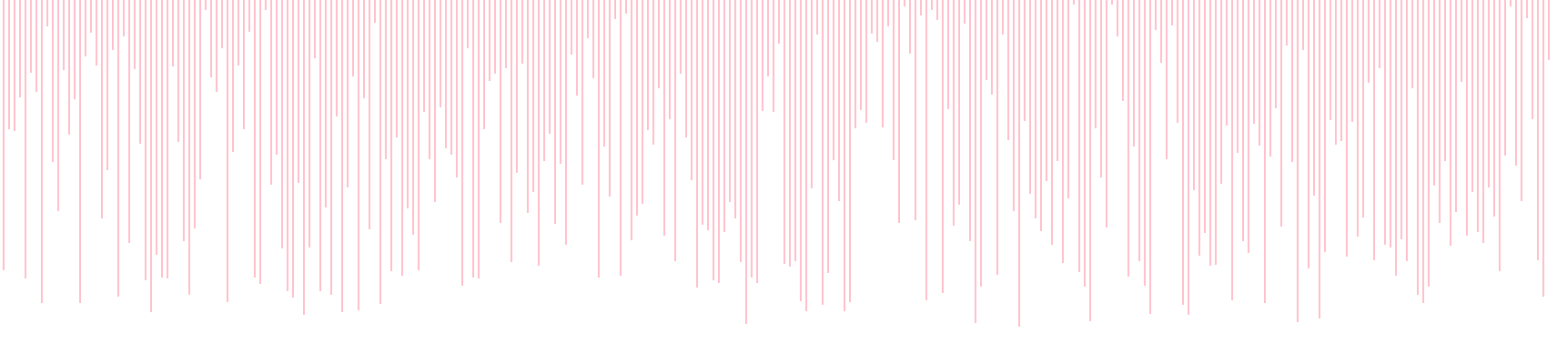
Repository: rehans-Life/sorting-visualizer
Page: /
An editor plug-in stored every save of this project. The page is shown before and after the next save, followed by the edit.
The browser window is 1280 px wide. The page is 1705 px wide, then 1350 px, so the pictures cover 1705 px, including what lies to the right of the window. The pictures show the whole page, at 91% of full size.
The project was rebuilt for these pictures with package versions that can differ from the ones it lists, and the page was loaded fresh each time. The framework's server and built-in components were replaced by stand-ins that run in the browser. Also part of the build but not shown: next.config.js.

Above is the page before, as saved 2023-03-17 17:18:09.

### pages/index.js
import Head from "next/head";
import { useState } from "react";
import Element from "../components/Element";
import styles from "../styles/Home.module.css";

export default function Home() {
  const randomNumber = (min, max) => {
    return Math.floor(Math.random() * (max - min) + min);
  };

  const generateRandomArray = () => {
    let arr = [];

    for (let i = 5; i < 360; i++) {
      arr.push(randomNumber(5, 360));
    }

    return arr;
  };

  const [array, setArray] = useState(generateRandomArray());

  return (
    <div className={styles.container}>
      <Head>
        <title>Create Next App</title>
        <meta name="description" content="Generated by create next app" />
        <link rel="icon" href="/favicon.ico" />
      </Head>
      <div className={styles.array}>
        {array.map((number, index) => (
          <Element key={index} number={number} />
        ))}
      </div>
    </div>
  );
}

### styles/globals.css
@import url("https://fonts.googleapis.com/css2?family=Lato:wght@100;300;400;700;900&family=Poppins:ital,wght@0,100;0,200;0,300;0,400;0,500;0,600;0,700;1,200&display=swap");

html,
body {
  padding: 0;
  margin: 0;
  font-family: Poppins;
}

a {
  color: inherit;
  text-decoration: none;
}

* {
  box-sizing: border-box;
}

### components/Element.jsx
import React from "react";
import styles from "../styles/Element.module.css";

export default function Element({ number }) {
  return (
    <div className={styles.element} style={{ height: `${number}px` }}></div>
  );
}

### styles/Home.module.css
.container {
  display: flex;
  justify-content: center;
}

.array {
  display: flex;
}

### styles/Element.module.css
.element {
  width: 2px;
  background-color: pink;
  margin: 0 2px;
}

Loaded but not shown: pages/_app.js (common file)

After the next save:
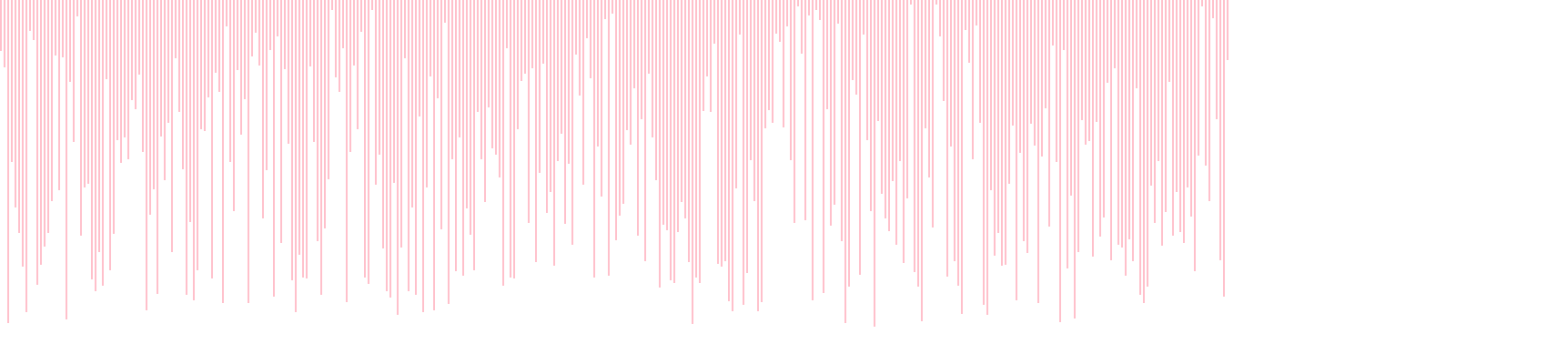
Saved 9 s later.
--- a/styles/Element.module.css
+++ b/styles/Element.module.css
@@ -1,5 +1,5 @@
 .element {
   width: 2px;
   background-color: pink;
-  margin: 0 2px;
+  margin: 0 0 0 2px;
 }
